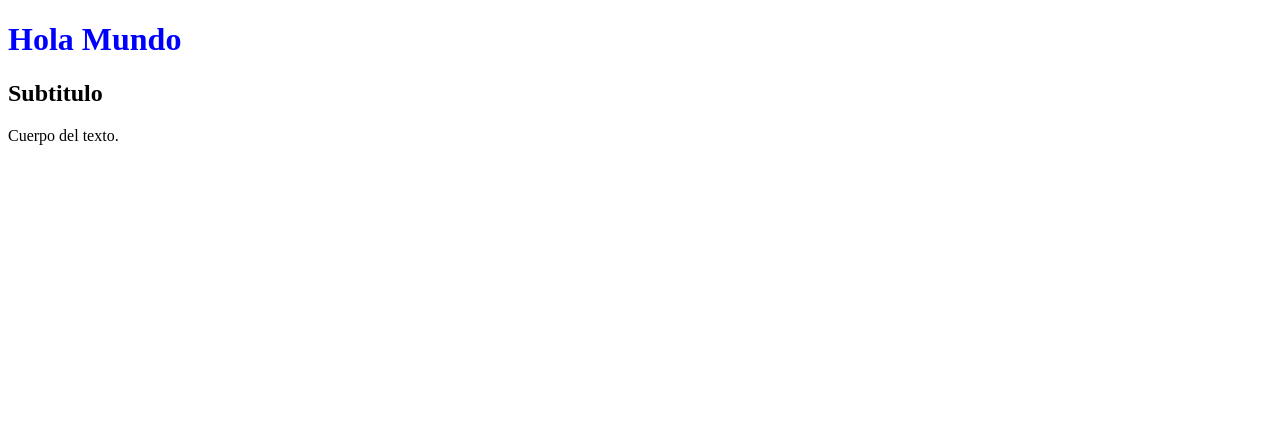
Repository: Support-Soft-Solutions/Proyecto-Final-Continuidad
Page: test.html
The author's editor kept a record of every edit. The page is drawn from the files as they stood at one moment, then again after the next edit.
The browser window is 1280 px wide. The pictures show the whole page.

Above is the page before.

After the next edit:
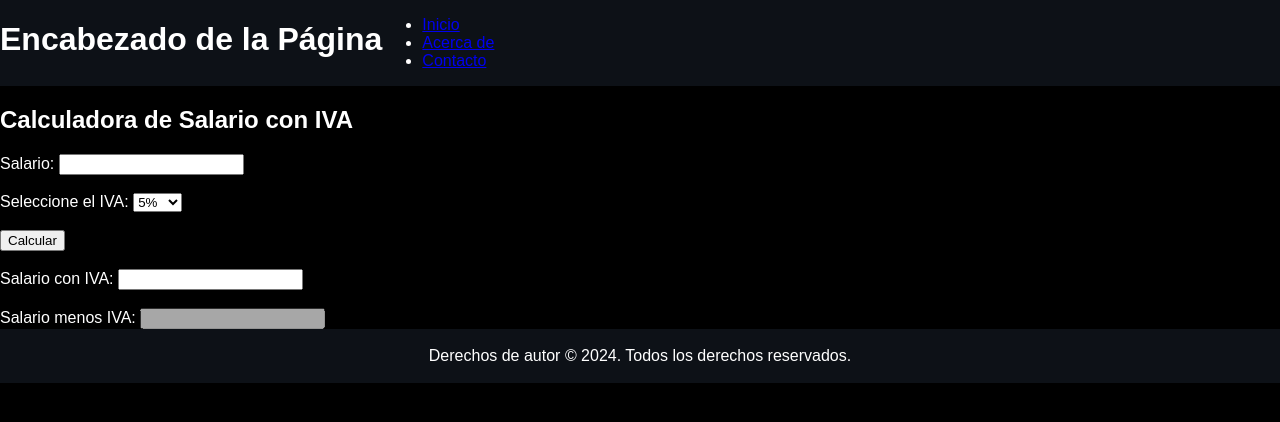
The edit:
--- a/test.html
+++ b/test.html
@@ -1,11 +1,52 @@
 <!DOCTYPE html>
-<html>
+<html lang="es">
 <head>
+    <meta charset="UTF-8">
+    <meta name="viewport" content="width=device-width, initial-scale=1.0">
+    <meta name="robots" content="index, follow">
+    <meta name="theme-color" content="#000000">
+    <title>Título de la Página</title>
+    <link rel="stylesheet" href="styles.css">
+    <link rel="icon" type="image/png" href="">
+</head>
+<body>
+    <header>
+        <h1>Encabezado de la Página</h1>
+        <nav>
+            <ul>
+                <li><a href="#">Inicio</a></li>
+                <li><a href="#">Acerca de</a></li>
+                <li><a href="#">Contacto</a></li>
+            </ul>
+        </nav>
+    </header>
 
-</head>
-<body style="background-color:#fff">
-<h1 style="color:blue">Hola Mundo</h1>
-<h2>Subtitulo</h2>
-<p>Cuerpo del texto.</p>
+    <main>
+        <article>
+            <h1>Calculadora de Salario con IVA</h1>
+            <label for="salario">Salario:</label>
+            <input type="number" id="salario">
+            <br><br>
+            <label for="iva">Seleccione el IVA:</label>
+            <select id="iva">
+                <option value="0.05">5%</option>
+                <option value="0.12">12%</option>
+            </select>
+            <br><br>
+            <button onclick="calcular()">Calcular</button>
+            <br><br>
+            <label for="resultado">Salario con IVA:</label>
+            <input type="text" id="resultado">
+            <br><br>
+            <label for="salario-iva">Salario menos IVA:</label>
+            <input type="text" id="salario-iva" disabled>
+        </article>
+    </main>
+
+    <footer>
+        <p>Derechos de autor © 2024. Todos los derechos reservados.</p>
+    </footer>
+
+    <script src="script.js"></script>
 </body>
 </html>
